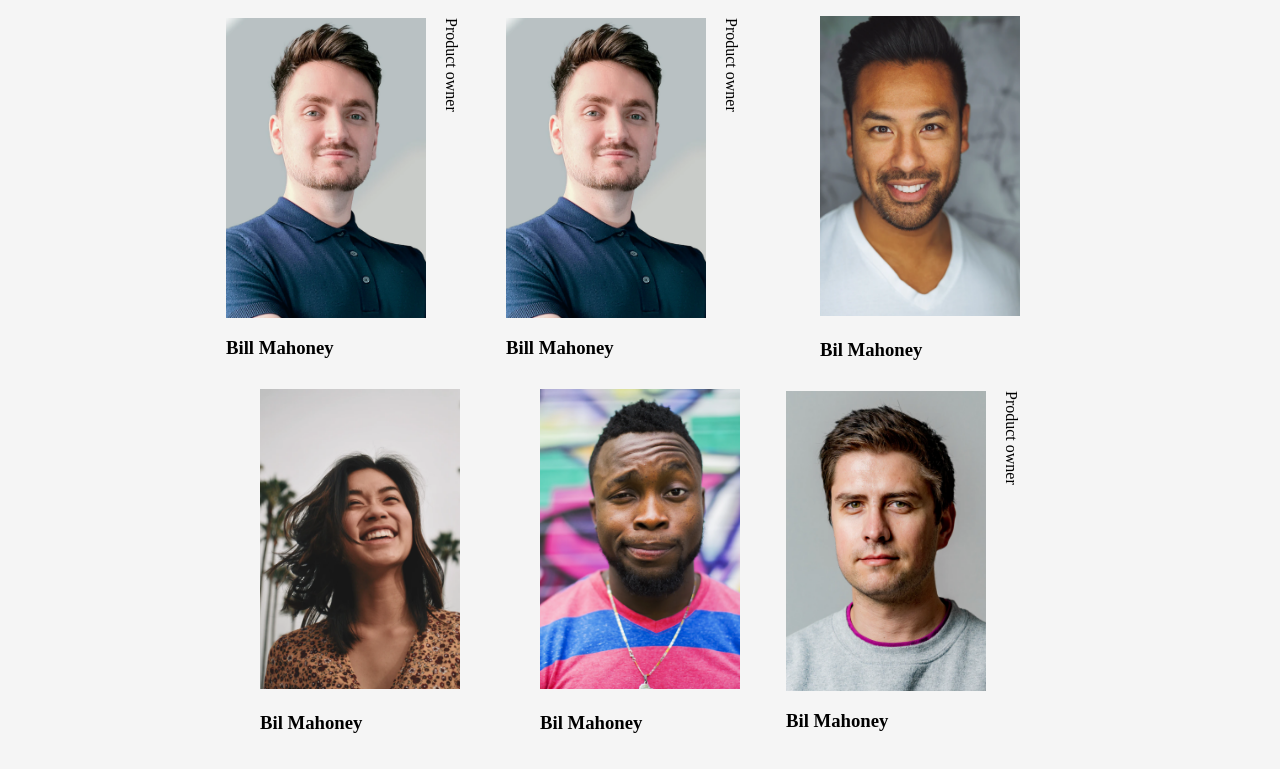
Repository: georgisenze/my-team-page-challeng
Page: index.html
An editor plug-in stored every save of this project. The page is shown before and after the next save, followed by the edit.
The browser window is 1280 px wide. The pictures show the whole page.

Above is the page before, as saved 2023-02-22 22:19:52.

After the next save:
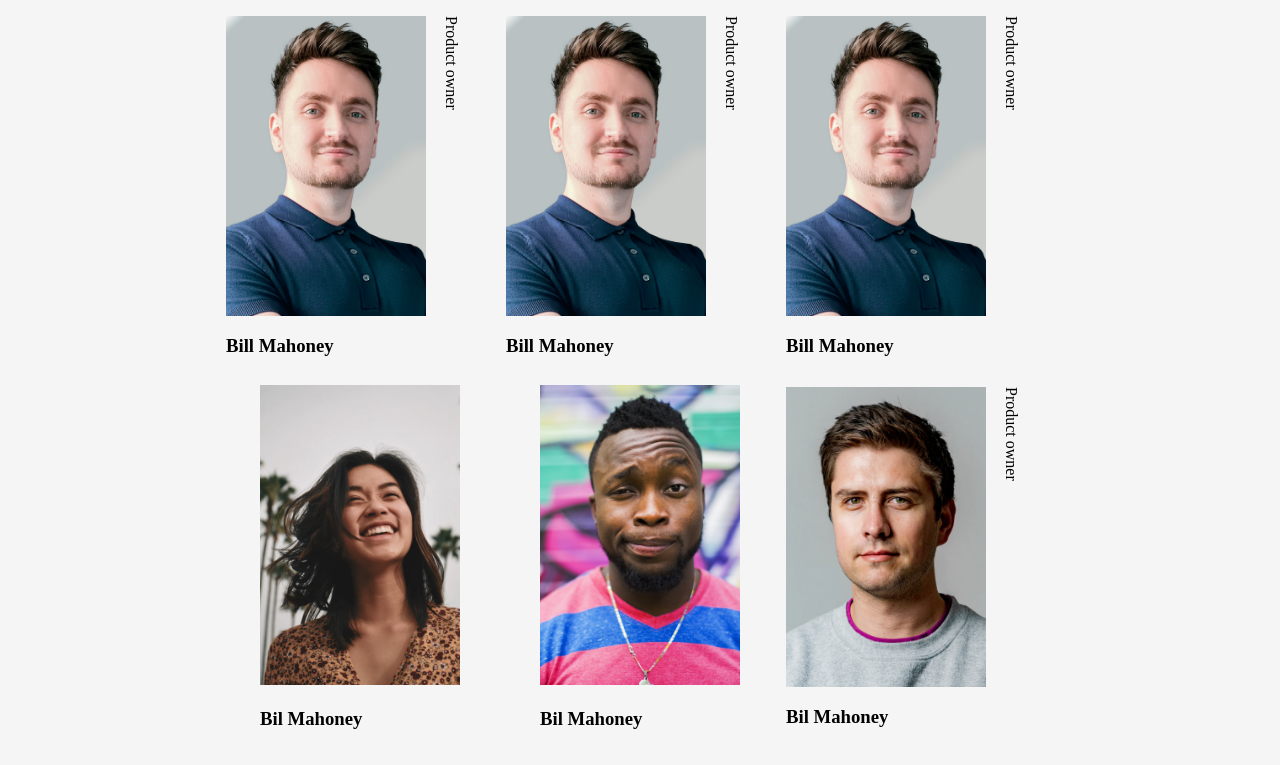
Saved 4 s later.
--- a/index.html
+++ b/index.html
@@ -25,8 +25,11 @@
             <h3>Bill Mahoney</h3>
         </div>
         <div class="box">
-            <img src="assets/img/photo3.png" alt="">
-            <h3>Bil Mahoney</h3>
+            <span>
+                <img src="assets/img/photo1.png" alt="">
+                <p>Product owner</p>
+            </span>
+            <h3>Bill Mahoney</h3>
         </div>
         <div class="box">
             <img src="assets/img/photo4.png" alt="">
